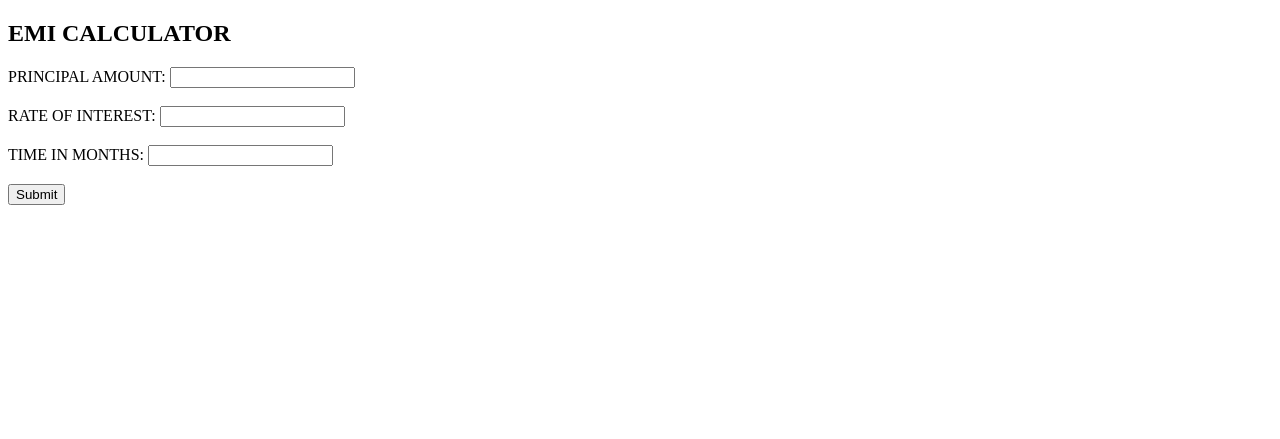
Repository: MihirCodezz/Mihir-Padaya_20136564
Page: Question3/src/main/webapp/EMI.html
An editor plug-in stored every save of this project. The page is shown before and after the next save, followed by the edit.
The browser window is 1280 px wide. The pictures show the whole page.

Above is the page before, as saved 2023-07-11 07:06:54.

### Question3/src/main/webapp/EMI.html
<!DOCTYPE html>
<html>
<head>
<meta charset="ISO-8859-1">
<title>EMI CALCULATOR</title>
</head>
<body>
	<H2>EMI CALCULATOR</H2>
	<form action="calculate.jsp"></form>
	<label for="principal">PRINCIPAL AMOUNT:</label>
	<input type="text" id="principal" name="principal" required><br><br>

	<label for="interest">RATE OF INTEREST:</label>
	<input type="text" id="interest" name="interest" required><br><br>

	<label for="time">TIME IN MONTHS:</label>
	<input type="text" id="time" name="time" required><br><br>

		<input type="submit" id="CALCULATE">
</body>
</html>

After the next save:
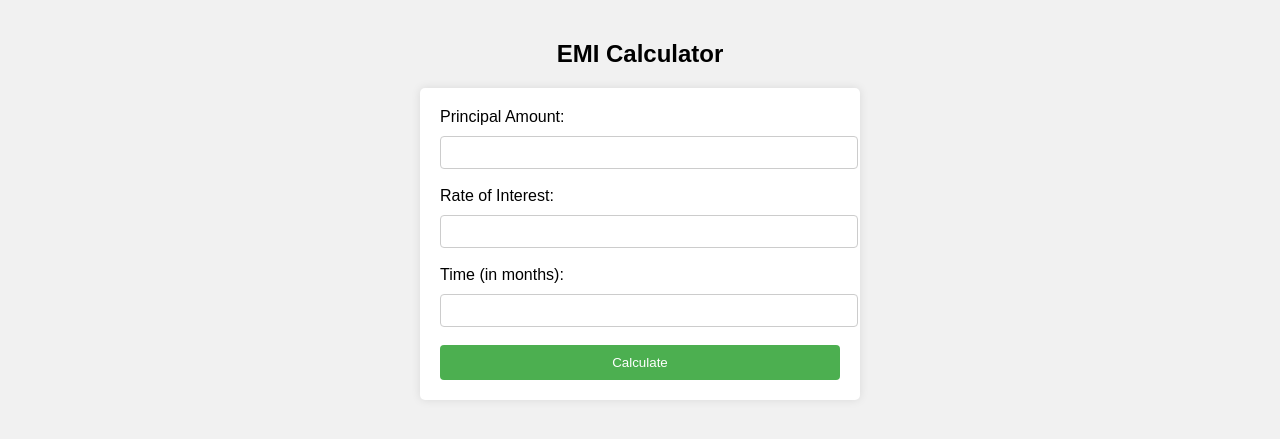
Saved 61 s later.
--- a/Question3/src/main/webapp/EMI.html
+++ b/Question3/src/main/webapp/EMI.html
@@ -1,21 +1,78 @@
 <!DOCTYPE html>
 <html>
 <head>
-<meta charset="ISO-8859-1">
-<title>EMI CALCULATOR</title>
+    <title>EMI Calculator</title>
+    <style>
+        body {
+            font-family: Arial, sans-serif;
+            margin: 0;
+            padding: 20px;
+            background-color: #f1f1f1;
+        }
+
+        h2 {
+            text-align: center;
+        }
+
+        form {
+            max-width: 400px;
+            margin: 0 auto;
+            background-color: #fff;
+            padding: 20px;
+            border-radius: 5px;
+            box-shadow: 0 0 10px rgba(0, 0, 0, 0.1);
+        }
+
+        label {
+            display: block;
+            margin-bottom: 10px;
+        }
+
+        input[type="text"] {
+            width: 100%;
+            padding: 8px;
+            border-radius: 4px;
+            border: 1px solid #ccc;
+        }
+
+        input[type="submit"] {
+            width: 100%;
+            padding: 10px;
+            background-color: #4CAF50;
+            color: #fff;
+            border: none;
+            border-radius: 4px;
+            cursor: pointer;
+        }
+
+        table {
+            margin-top: 20px;
+            width: 100%;
+            border-collapse: collapse;
+        }
+
+        table tr:nth-child(even) {
+            background-color: #f2f2f2;
+        }
+
+        table td {
+            padding: 8px;
+        }
+    </style>
 </head>
 <body>
-	<H2>EMI CALCULATOR</H2>
-	<form action="calculate.jsp"></form>
-	<label for="principal">PRINCIPAL AMOUNT:</label>
-	<input type="text" id="principal" name="principal" required><br><br>
+    <h2>EMI Calculator</h2>
+    <form method="post" action="calculate.jsp">
+        <label for="principal">Principal Amount:</label>
+        <input type="text" name="principal" id="principal" required><br><br>
 
-	<label for="interest">RATE OF INTEREST:</label>
-	<input type="text" id="interest" name="interest" required><br><br>
+        <label for="interest">Rate of Interest:</label>
+        <input type="text" name="interest" id="interest" required><br><br>
 
-	<label for="time">TIME IN MONTHS:</label>
-	<input type="text" id="time" name="time" required><br><br>
+        <label for="time">Time (in months):</label>
+        <input type="text" name="time" id="time" required><br><br>
 
-		<input type="submit" id="CALCULATE">
+        <input type="submit" value="Calculate">
+    </form>
 </body>
 </html>
